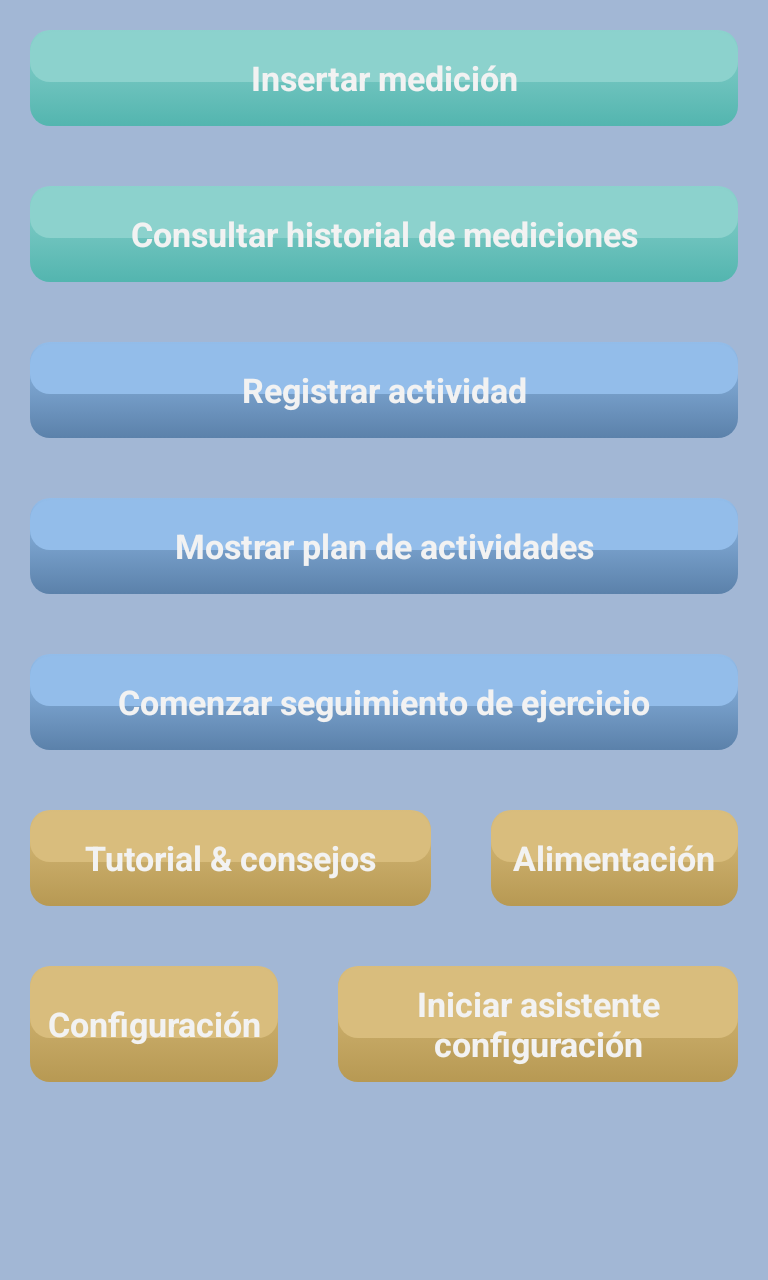
Repository: HectorGarciaMiguel/ssii-diabetes-060036
Layout: SeguimientoDiabetes/res/layout/activity_principal.xml
An editor plug-in stored every save of this project. The layout is shown before and after the next save, followed by the edit.
It is drawn on a 768 x 1280 px phone screen (xhdpi) without system bars, with theme AppTheme; the app's code is not run.

Above is the layout before, as saved 2015-11-20 21:17:12.

### SeguimientoDiabetes/res/layout/activity_principal.xml
<ScrollView xmlns:android="http://schemas.android.com/apk/res/android"
    xmlns:tools="http://schemas.android.com/tools"
    android:layout_width="fill_parent"
    android:layout_height="fill_parent"
	android:fillViewport="true"
    tools:context="com.example.seguimientodiabetes.PrincipalActivity"  >

<LinearLayout
    android:layout_width="fill_parent"
    android:layout_height="wrap_content"
	android:orientation="vertical"
	android:layout_gravity="center_vertical"
	>

		<LinearLayout
		        android:layout_width="fill_parent"
		        android:layout_height="wrap_content">

		    <Button
		        android:id="@+id/button1"
		        style="@style/Boton"
		        android:background="@drawable/mibotonverde"
		        android:onClick="pasarInsertarMedicionActivity"
		        android:text="Insertar medición" />
		</LinearLayout>

		<LinearLayout
		        android:layout_width="fill_parent"
		        android:layout_height="wrap_content">

		    <Button
		        android:id="@+id/button2"
		        style="@style/Boton"
		        android:background="@drawable/mibotonverde"
		        android:onClick="pasarHistorialMedicionActivity"
		        android:text="Consultar historial de mediciones" />
		</LinearLayout>

		<LinearLayout
		        android:layout_width="fill_parent"
		        android:layout_height="wrap_content" >

		    <Button
		        android:id="@+id/button3"
		        style="@style/Boton"
		        android:background="@drawable/mibotonazul"
		        android:onClick="lanzarRegistrarActividad"
		        android:text="Registrar actividad" />
		</LinearLayout>

		<LinearLayout
		        android:layout_width="fill_parent"
		        android:layout_height="wrap_content">

		     <Button
		         android:id="@+id/button4"
		         style="@style/Boton"
		         android:background="@drawable/mibotonazul"
		         android:onClick="pasarOpcionesMostrarActividadesActivity"
		         android:text="Mostrar plan de actividades" />

		</LinearLayout>

		<LinearLayout
		        android:layout_width="fill_parent"
		        android:layout_height="wrap_content">

		     <Button
		        android:id="@+id/button6"
		        style="@style/Boton"
		        android:background="@drawable/mibotonazul"
		        android:text="Comenzar seguimiento de ejercicio" />

		</LinearLayout>

		<LinearLayout
		        android:layout_width="fill_parent"
		        android:layout_height="wrap_content">

		     <Button
		        android:id="@+id/button8"
		        style="@style/Boton"
		        android:layout_weight="4"
		        android:background="@drawable/mibotonnaranja"
		        android:text="Tutorial &amp; consejos" />

		     <Button
		        android:id="@+id/button7"
		        style="@style/Boton"
		        android:layout_weight="6"
		        android:background="@drawable/mibotonnaranja"
		        android:text="Alimentación" />

		</LinearLayout>

		<LinearLayout
		        android:layout_width="fill_parent"
		        android:layout_height="wrap_content">

		     <Button
			    android:id="@+id/button9"
		        style="@style/Boton"
		        android:layout_weight="6"
		        android:background="@drawable/mibotonnaranja"
			    android:text="Configuración" />

		     <Button
		        android:id="@+id/button5"
		        style="@style/Boton"
		        android:layout_weight="4"
		        android:background="@drawable/mibotonnaranja"
		        android:onClick="pasarConfiguracion"
		        android:text="Iniciar asistente configuración" />

		</LinearLayout>


</LinearLayout>
</ScrollView>

### SeguimientoDiabetes/res/drawable/mibotonverde.xml
<?xml version="1.0" encoding="utf-8"?>
<selector xmlns:android="http://schemas.android.com/apk/res/android" >

 <item android:state_pressed="true">
     <layer-list >
       <item >
           <shape android:shape="rectangle">
            <gradient
  				  android:startColor="#104849"
                  android:endColor="#0B393A"
                  android:angle="-90"
                  android:type="linear"
                  />
            <corners android:radius="10dp" />
            </shape>
            </item>
            <item android:top="1dp" android:bottom="22dp" >
 	 <shape android:shape="rectangle">
  				<solid android:color="#104849"/>
              <corners android:radius="10dp" />

            </shape>
      </item>
      </layer-list>
  </item>




<item android:state_focused="true">
     <layer-list >
       <item >
           <shape android:shape="rectangle">
            <gradient
  				  android:startColor="#104849"
                  android:endColor="#0B393A"
                  android:angle="-90"
                  android:type="linear"
                  />
            <corners android:radius="10dp" />
            </shape>
            </item>
            <item android:top="1dp" android:bottom="50px" >
  <shape android:shape="rectangle">
  <solid android:color="#104849"/>
              <corners android:radius="10dp" />

            </shape>
      </item>
      </layer-list>
  </item>







 <item>
     <layer-list >
       <item >
           <shape android:shape="rectangle">
            <gradient
  				  android:startColor="#8CD2CD"
                  android:endColor="#53B5AF"
                  android:angle="-90"
                  android:type="linear"
                  />
			<corners android:radius="10dp" />
			</shape>
        </item>
        <item android:top="1dp" android:bottom="22dp" >
  			<shape android:shape="rectangle">
  			<solid android:color="#8CD2CD"/>
       			<corners android:radius="10dp" />
           </shape>
      </item>
      </layer-list>
  </item>
</selector>

### SeguimientoDiabetes/res/drawable/mibotonazul.xml
<?xml version="1.0" encoding="utf-8"?>
<selector xmlns:android="http://schemas.android.com/apk/res/android" >

 <item android:state_pressed="true">
     <layer-list >
       <item >
           <shape android:shape="rectangle">
            <gradient
  				  android:startColor="#29527C"
                  android:endColor="#112A44"
                  android:angle="-90"
                  android:type="linear"
                  />
            <corners android:radius="10dp" />
            </shape>
            </item>
            <item android:top="1dp" android:bottom="22dp" >
 	 <shape android:shape="rectangle">
  				<solid android:color="#29527C"/>
              <corners android:radius="10dp" />

            </shape>
      </item>
      </layer-list>
  </item>




<item android:state_focused="true">
     <layer-list >
       <item >
           <shape android:shape="rectangle">
            <gradient
  				  android:startColor="#29527C"
                  android:endColor="#112A44"
                  android:angle="-90"
                  android:type="linear"
                  />
            <corners android:radius="10dp" />
            </shape>
            </item>
            <item android:top="1dp" android:bottom="50px" >
  <shape android:shape="rectangle">
  <solid android:color="#29527C"/>
              <corners android:radius="10dp" />

            </shape>
      </item>
      </layer-list>
  </item>







 <item>
     <layer-list >
       <item >
           <shape android:shape="rectangle">
            <gradient
  				  android:startColor="#93BDEA"
                  android:endColor="#5B81AA"
                  android:angle="-90"
                  android:type="linear"
                  />
			<corners android:radius="10dp" />
			</shape>
        </item>
        <item android:top="1dp" android:bottom="22dp" >
  			<shape android:shape="rectangle">
  			<solid android:color="#93BDEA"/>
       			<corners android:radius="10dp" />
           </shape>
      </item>
      </layer-list>
  </item>
</selector>

### SeguimientoDiabetes/res/drawable/mibotonnaranja.xml
<?xml version="1.0" encoding="utf-8"?>
<selector xmlns:android="http://schemas.android.com/apk/res/android" >

 <item android:state_pressed="true">
     <layer-list >
       <item >
           <shape android:shape="rectangle">
            <gradient
  				  android:startColor="#A08648"
                  android:endColor="#806830"
                  android:angle="-90"
                  android:type="linear"
                  />
            <corners android:radius="10dp" />
            </shape>
            </item>
            <item android:top="1dp" android:bottom="22dp" >
 	 <shape android:shape="rectangle">
  				<solid android:color="#A08648"/>
              <corners android:radius="10dp" />

            </shape>
      </item>
      </layer-list>
  </item>




<item android:state_focused="true">
     <layer-list >
       <item >
           <shape android:shape="rectangle">
            <gradient
  				  android:startColor="#A08648"
                  android:endColor="#806830"
                  android:angle="-90"
                  android:type="linear"
                  />
            <corners android:radius="10dp" />
            </shape>
            </item>
            <item android:top="1dp" android:bottom="50px" >
  <shape android:shape="rectangle">
  <solid android:color="#A08648"/>
              <corners android:radius="10dp" />

            </shape>
      </item>
      </layer-list>
  </item>







 <item>
     <layer-list >
       <item >
           <shape android:shape="rectangle">
            <gradient
  				  android:startColor="#D9BD7D"
                  android:endColor="#B79953"
                  android:angle="-90"
                  android:type="linear"
                  />
			<corners android:radius="10dp" />
			</shape>
        </item>
        <item android:top="1dp" android:bottom="22dp" >
  			<shape android:shape="rectangle">
  			<solid android:color="#D9BD7D"/>
       			<corners android:radius="10dp" />
           </shape>
      </item>
      </layer-list>
  </item>
</selector>

Loaded but not shown: SeguimientoDiabetes/res/values/styles.xml (common file); SeguimientoDiabetes/res/values-v11/styles.xml (common file); SeguimientoDiabetes/res/values-v14/styles.xml (common file)

After the next save:
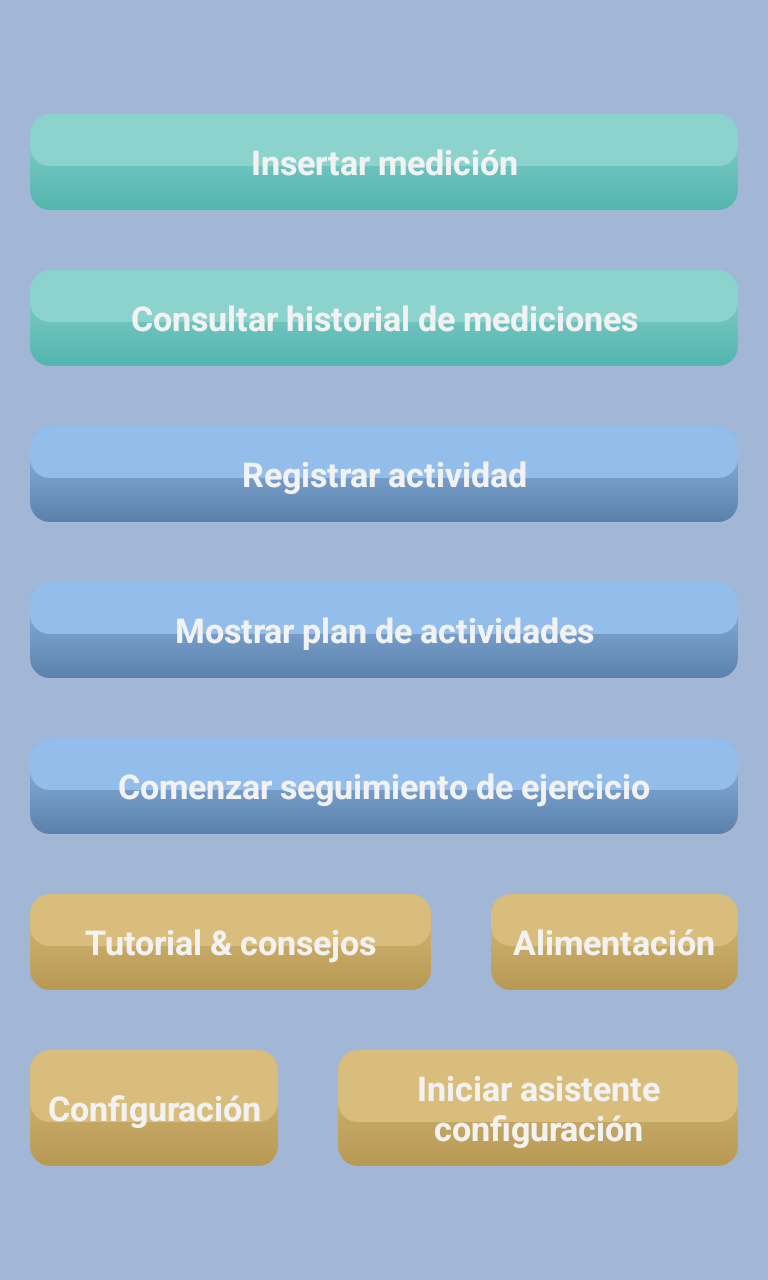
Saved 9 s later.
--- a/SeguimientoDiabetes/res/layout/activity_principal.xml
+++ b/SeguimientoDiabetes/res/layout/activity_principal.xml
@@ -9,8 +9,7 @@
     android:layout_width="fill_parent"
     android:layout_height="wrap_content"
 	android:orientation="vertical"
-	android:layout_gravity="center_vertical"
-	>
+	android:gravity="center_vertical">
 
 		<LinearLayout
 		        android:layout_width="fill_parent"
